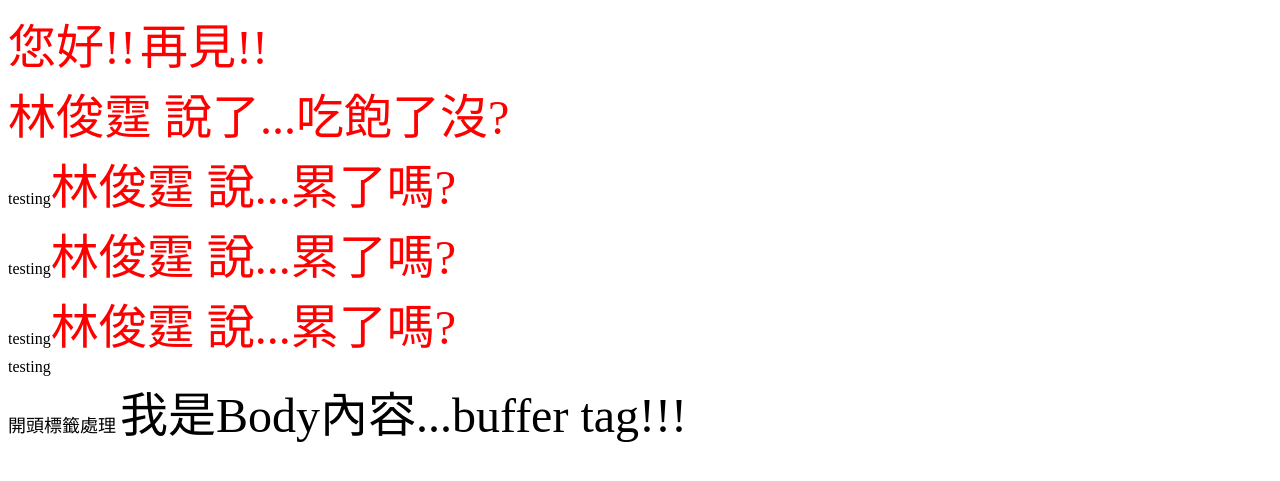
Repository: JunTingLin/web0620
Page: http://localhost/myWeb/testcustomizetag.jsp
These files come from the project's save history. The page is drawn as it stood at one moment and after the next save; the edit follows.
The browser window is 1280 px wide. The pictures show the whole page.
The page is served by Tomcat 9. Other server files are loaded and not shown.

Above is the page before, as saved 2022-06-25 18:21:02.

### myWeb/src/main/webapp/testcustomizetag.jsp
<%@ page language="java" contentType="text/html; charset=UTF-8"
    pageEncoding="UTF-8"%>
<%@ taglib prefix="junting" uri="http://www.junting.com.tw/tags" %>
<%@ taglib prefix="c" uri="http://java.sun.com/jsp/jstl/core" %>
<!DOCTYPE html>
<html>
<head>
<meta charset="UTF-8">
<title>Insert title here</title>
</head>
<body>
	<c:set var="myname" value="林俊霆"></c:set>
	<junting:hello/>
	<br>
	<junting:whoHello information="吃飽了沒?" who="${ myname }"/>
	<br>
	<junting:whoLoopHello counter="3" information="累了嗎?" who="${ myname }">testing</junting:whoLoopHello>
	<br>
	<junting:bufferTag>buffer tag!!!</junting:bufferTag>
</body>
</html>

### myWeb/src/main/java/com/gjun/tags/HelloWorldTagHandler.java
package com.gjun.tags;



import java.io.IOException;

import javax.servlet.jsp.JspException;
import javax.servlet.jsp.JspWriter;
import javax.servlet.jsp.PageContext;
import javax.servlet.jsp.tagext.Tag;

public class HelloWorldTagHandler implements Tag{

	private PageContext pageContext;

	@Override
	public int doEndTag() throws JspException {
		JspWriter out = this.pageContext.getOut();
		try {
			out.println("<font size='7' color='red'>再見!!</font>");
		} catch (IOException e) {
			// TODO Auto-generated catch block
			e.printStackTrace();
		}
		return Tag.EVAL_PAGE;
	}

	@Override
	public int doStartTag() throws JspException {
		JspWriter out = this.pageContext.getOut();
		try {
			out.println("<font size='7' color='red'>您好!!</font>");
		} catch (IOException e) {
			// TODO Auto-generated catch block
			e.printStackTrace();
		}
		return Tag.EVAL_PAGE;
	}

	@Override
	public Tag getParent() {
		// TODO Auto-generated method stub
		return null;
	}

	@Override
	public void release() {
		// TODO Auto-generated method stub

	}

	@Override
	public void setPageContext(PageContext pageContext) {
		this.pageContext=pageContext;

	}

	@Override
	public void setParent(Tag t) {
		// TODO Auto-generated method stub

	}

}

### myWeb/src/main/java/com/gjun/tags/WhoHelloTagHandler.java
package com.gjun.tags;

import java.io.IOException;
import java.io.PrintWriter;

import javax.servlet.jsp.JspException;
import javax.servlet.jsp.JspWriter;
import javax.servlet.jsp.PageContext;
import javax.servlet.jsp.tagext.TagSupport;

public class WhoHelloTagHandler extends TagSupport{
	private String who;
	private String information;
	public String getWho() {
		return who;
	}
	public void setWho(String who) {
		this.who = who;
	}
	public String getInformation() {
		return information;
	}
	public void setInformation(String information) {
		this.information = information;
	}
	@Override
	public int doStartTag() throws JspException {
		PageContext pageContext = this.pageContext;
		JspWriter out = pageContext.getOut();
		String msg=String.format("<font size='7' color='red'>%s 說了...%s</font>",who,information);
		try {
			out.println(msg);
		} catch (IOException e) {
			// TODO Auto-generated catch block
			e.printStackTrace();
		}
		return EVAL_PAGE;
	}

}

### myWeb/src/main/java/com/gjun/tags/WhoHelloIterationTagHandler.java
package com.gjun.tags;

import java.io.IOException;
import java.io.PrintWriter;

import javax.servlet.jsp.JspException;
import javax.servlet.jsp.JspWriter;
import javax.servlet.jsp.PageContext;
import javax.servlet.jsp.tagext.TagSupport;

public class WhoHelloIterationTagHandler extends TagSupport {
	private String who;
	private String information;
	private int count = 1;
	// 打招呼的次數
	private int counter;

	public int getCounter() {
		return counter;
	}

	public void setCounter(int counter) {
		this.counter = counter;
	}

	public String getWho() {
		return who;
	}

	public void setWho(String who) {
		this.who = who;
	}

	public String getInformation() {
		return information;
	}

	public void setInformation(String information) {
		this.information = information;
	}

	@Override
	public int doAfterBody() throws JspException {
		if (this.count <= this.counter) {
			JspWriter out = this.pageContext.getOut();
			String msg = String.format("<font size='7' color='red'>%s 說...%s</font><br/>", who, information);
			try {
				out.println(msg);
			} catch (IOException e) {
				// TODO Auto-generated catch block
				e.printStackTrace();
			}
			count++;
			return EVAL_BODY_AGAIN;
		}else {
			return EVAL_PAGE;
		}
	}

	@Override
	public int doStartTag() throws JspException {
		return EVAL_PAGE;
	}

}

### myWeb/src/main/java/com/gjun/tags/MyBodyTagHandler.java
package com.gjun.tags;

import java.io.IOException;

import javax.servlet.jsp.JspException;
import javax.servlet.jsp.JspWriter;
import javax.servlet.jsp.PageContext;
import javax.servlet.jsp.tagext.BodyContent;
import javax.servlet.jsp.tagext.BodyTag;
import javax.servlet.jsp.tagext.Tag;

public class MyBodyTagHandler implements BodyTag{
	private PageContext pageContext;
	private Tag parent;
	private BodyContent bodyContent;

	@Override
	public int doAfterBody() throws JspException {
		JspWriter innerWriter = this.bodyContent.getEnclosingWriter();
		String sourceBody = this.bodyContent.getString();
		String msg=String.format("<font size='7'>我是Body內容...%s</font>",sourceBody);
		try {
			innerWriter.print(msg);
		} catch (IOException e) {
			// TODO Auto-generated catch block
			e.printStackTrace();
		}
		return EVAL_PAGE;
	}

	@Override
	public int doEndTag() throws JspException {
		// TODO Auto-generated method stub
		return 0;
	}

	@Override
	public int doStartTag() throws JspException {
		JspWriter out = this.pageContext.getOut();
		try {
			out.println("<font size='4'>開頭標籤處理</font>");
		} catch (IOException e) {
			// TODO Auto-generated catch block
			e.printStackTrace();
		}
		return EVAL_BODY_BUFFERED;
	}

	@Override
	public Tag getParent() {
		return this.parent;
	}

	@Override
	public void release() {
		// TODO Auto-generated method stub

	}

	@Override
	public void setPageContext(PageContext pc) {
		this.pageContext=pc;

	}

	@Override
	public void setParent(Tag parent) {
		this.parent=parent;

	}

	@Override
	public void doInitBody() throws JspException {
		// TODO Auto-generated method stub

	}

	@Override
	public void setBodyContent(BodyContent bodyContent) {
		this.bodyContent = bodyContent;

	}

}

After the next save:
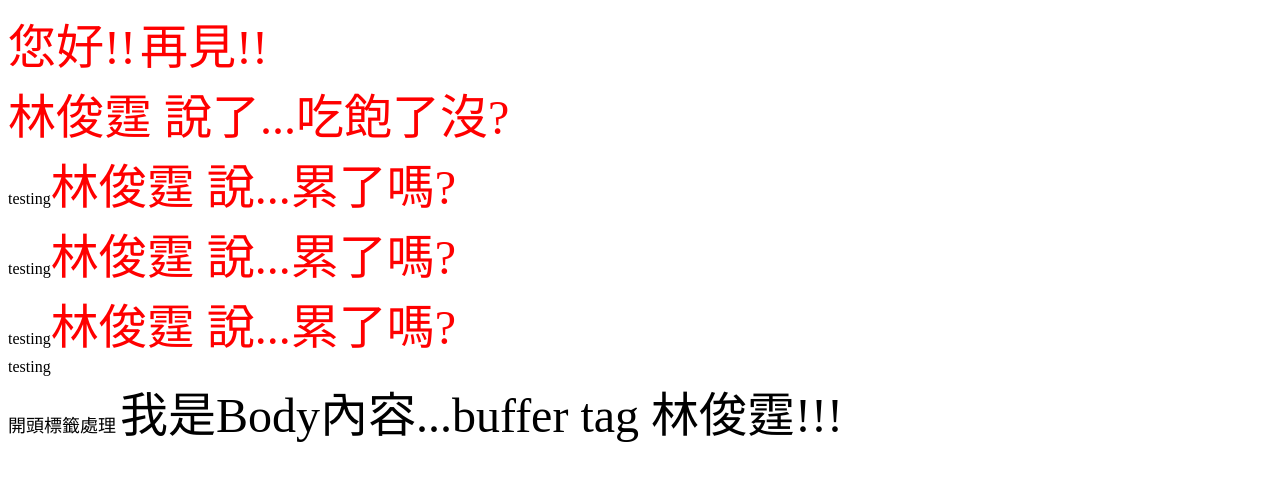
Saved 8 min 6 s later.
--- a/myWeb/src/main/webapp/testcustomizetag.jsp
+++ b/myWeb/src/main/webapp/testcustomizetag.jsp
@@ -16,6 +16,7 @@
 	<br>
 	<junting:whoLoopHello counter="3" information="累了嗎?" who="${ myname }">testing</junting:whoLoopHello>
 	<br>
-	<junting:bufferTag>buffer tag!!!</junting:bufferTag>
+	<!-- 中間可搭配EL抓進去處理 -->
+	<junting:bufferTag>buffer tag ${ myname }!!!</junting:bufferTag>
 </body>
 </html>
